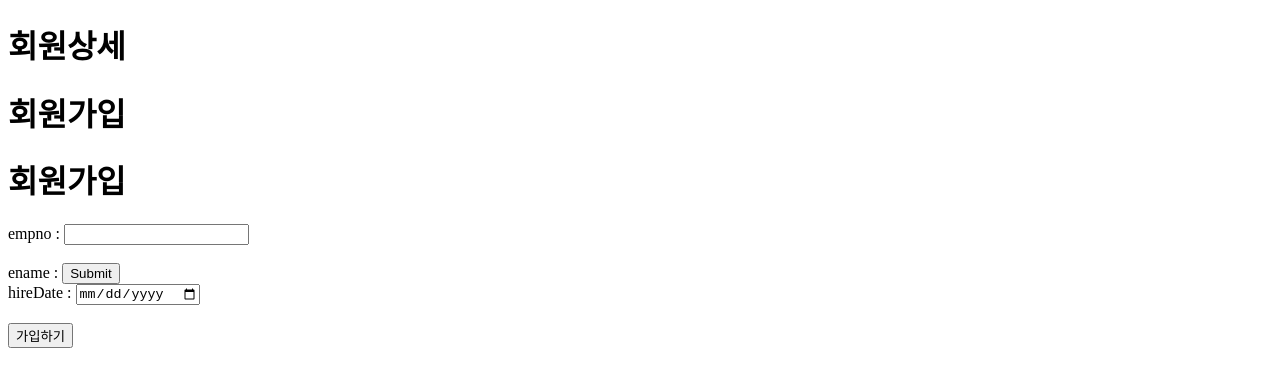
Repository: polikiki/Connor-s-team-projectt
Page: http://localhost/proj6_myBatis/emp0?cmd=join
These files come from the project's save history. The page is drawn as it stood at one moment and after a run of saves; the edit follows.
The browser window is 1280 px wide. The pictures show the whole page.
The page is served by Tomcat 9. Other server files are loaded and not shown.

Above is the page before, as saved 2024-09-20 01:13:04.

### workspace_java/proj6_myBatis/src/main/webapp/WEB-INF/views/empjoin.jsp
<%@ page language="java" contentType="text/html; charset=UTF-8"
    pageEncoding="UTF-8"%>
<!DOCTYPE html>
<html>
<head>
<meta charset="UTF-8">
<title>Insert title here</title>
</head>
<body>
<%-- <c:if test="${cmd == "detail"}"> --%>
<!-- <h1>회원상세</h1> -->
<!-- </c:if> -->

<c:choose>
	<c:when test='${cmd == "detail"}'>
		<h1>회원상세</h1>
	</c:when>
	<c:otherwise>
		<h1>회원가입</h1>
	</c:otherwise>
</c:choose>

<h1>회원가입</h1>

<form method="post" action="emp0">
	empno :
		<c:choose>
		<c:when test="${cmd == "detail"}">
			${empDTP.empno}
		</c:when>
		<c:otherwise>
			<input type="text" name="ename"><br>
		</c:otherwise>
	</c:choose>
	<br>
	ename :
		<c:choose>
		<c:when test="${cmd == "detail"}">
			${empDTP.ename}
		</c:when>
		<c:otherwise>
			<input type="submit" name="가입하기"><br>
		</c:otherwise>
</c:choose>
	hireDate : <input type="date" name="hireDate"><br>
	<br>
	<input type="submit" value="가입하기">
</form>
</body>
</html>

### workspace_java/proj6_myBatis/src/main/java/emp/crud/Emp0Servlet.java
package emp.crud;

import java.io.IOException;
import java.sql.Date;
import java.util.List;

import javax.servlet.ServletException;
import javax.servlet.annotation.WebServlet;
import javax.servlet.http.HttpServlet;
import javax.servlet.http.HttpServletRequest;
import javax.servlet.http.HttpServletResponse;

@WebServlet("/emp0")
public class Emp0Servlet extends HttpServlet {
	private static final long serialVersionUID = 1L;

	private boolean _DEBUG = true;

	protected void doGet(HttpServletRequest request, HttpServletResponse response) throws ServletException, IOException {

		String cmd = request.getParameter("cmd");
		EmpDAO empDAO = new EmpDAO();

		if(cmd == null) {

		List<EmpDTO> emplist = empDAO.selectEmp();

		request.setAttribute("emplist", emplist);

		request.getRequestDispatcher("/WEB-INF/views/emp.jsp").forward(request, response);
		}else if("join".equals(cmd)){

			request.getRequestDispatcher("/WEB-INF/views/empjoin.jsp").forward(request, response);
		}else if("edit".equals(cmd)) {

			// pk인 empno 확보
			String strEmpno = request.getParameter("empno");

			try {
				int empno = Integer.parseInt(strEmpno);

				// 특정 회원 정보 조회
				EmpDTO empDTO = empDAO.selectOneEmp(empno);
				// 정보를 request에 담아서
				request.setAttribute("empDTO", empDTO);
				request.setAttribute("cmd", "edit");
				// 상세 정보 페이지로 이동
				request.getRequestDispatcher("/WEB-INF/views/empjoin.jsp").forward(request, response);

			}catch (Exception e) {
				e.printStackTrace();
			}

		}

	}


	protected void doPost(HttpServletRequest request, HttpServletResponse response) throws ServletException, IOException {

		request.setCharacterEncoding("utf-8");
		response.setContentType("text/html; charset=utf-8;");

		String strEmpno = request.getParameter("empno");
		String ename = request.getParameter("ename");
		String strHireDate = request.getParameter("hireDate"); // 2024-09-19


		try {
			int empno = Integer.parseInt(strEmpno);

			EmpDTO empDTO = new EmpDTO();
			empDTO.setEmpno(empno);


			// delete 실행

			EmpDAO empDAO = new EmpDAO();
			int result = empDAO.DeleteEmp(empDTO);
			System.out.println("삭제 결과 :"+ result);

		}catch (Exception e) {
			if(_DEBUG) {
				e.printStackTrace();
			}
		}

		try {
			int empno = Integer.parseInt(strEmpno);
			Date hireDate = Date.valueOf(strHireDate);

			EmpDTO empDTO = new EmpDTO();
			empDTO.setEmpno(empno);
			empDTO.setEname(ename);
			empDTO.setHireDate(hireDate);

			// insert 실행

			EmpDAO empDAO = new EmpDAO();
			int result = empDAO.insertEmp(empDTO);
			System.out.println("회원 가입 결과 :"+ result);

		}catch (Exception e) {
			if(_DEBUG) {
				e.printStackTrace();
			}
		}
		response.sendRedirect("emp0");
	}


	protected void doDelete(HttpServletRequest request, HttpServletResponse response) throws ServletException, IOException {

	}

	protected void doPut(HttpServletRequest request, HttpServletResponse response) throws ServletException, IOException {



	}

}

### workspace_java/proj6_myBatis/src/main/java/emp/crud/EmpDAO.java
package emp.crud;

import java.io.Reader;
import java.util.List;
import java.util.Map;

import org.apache.ibatis.io.Resources;
import org.apache.ibatis.session.SqlSession;
import org.apache.ibatis.session.SqlSessionFactory;
import org.apache.ibatis.session.SqlSessionFactoryBuilder;

import emp.crud.EmpDTO;

public class EmpDAO {

	private  SqlSessionFactory sqlMapper = null;

    public  SqlSessionFactory getInstance() {
        if(sqlMapper == null) {
        	// DB 접속
        	// 자동 커밋 : sqlMapper.openSession()
        	// 수동 커밋 : sqlMapper.openSession(false)
            try {
                String res = "mybatis/SqlMapConfig.xml";
                Reader reader = Resources.getResourceAsReader(res);

                SqlSessionFactoryBuilder ssfb = new SqlSessionFactoryBuilder();
                sqlMapper = ssfb.build(reader);

                reader.close();
            }catch (Exception e) {
                e.printStackTrace();
            }
        }

        return sqlMapper;
    }

    public List<EmpDTO> selectEmp() {
    	List<EmpDTO> empList = null;

    	// SqlMapConfig.xml을 읽어옴
    	sqlMapper = getInstance();
    	if(sqlMapper != null) {

    		// DB 접속
        	SqlSession sqlSession = sqlMapper.openSession(true);

        	empList = sqlSession.selectList("mapper.emp.selectAllEmp");
        	System.out.println("empList.size :" + empList.size());
    	} else {
    		System.out.println("DB 접속 실패");
    	}

    	return empList;
    }



    public int insertEmp(EmpDTO empDTO) {
    	int result = -1;

    	// SqlMapConfig.xml을 읽어옴
    	sqlMapper = getInstance();
    	if(sqlMapper != null) {

    		// DB 접속
    		// 자동 커밋 : sqlMapper.openSession()
    		// 수동 커밋 : sqlMapper.openSession(false)
        	SqlSession sqlSession = sqlMapper.openSession(true);

        	try {
        		System.out.println(empDTO);
        		result = sqlSession.update("mapper.emp.param.insertEmp", empDTO);
        	}catch (Exception e) {
        		e.printStackTrace();
			}
    	} else {
    		System.out.println("DB 접속 실패");
    	}

    	return result;
    }

    public int DeleteEmp(EmpDTO empDTO) {
    	int result = -1;

    	// SqlMapConfig.xml을 읽어옴
    	sqlMapper = getInstance();
    	if(sqlMapper != null) {

    		// DB 접속
        	SqlSession sqlSession = sqlMapper.openSession(true);

        	try {
        		System.out.println(empDTO);
        		result = sqlSession.delete("mapper.emp.param.deleteEmp", empDTO);
        	}catch (Exception e) {
        		e.printStackTrace();
			}
    	} else {
    		System.out.println("DB 접속 실패");
    	}

    	return result;
    }

    public EmpDTO selectOneEmp(int empno) {
    	EmpDTO empDTO = null;

    	// SqlMapConfig.xml을 읽어옴
    	sqlMapper = getInstance();
    	if(sqlMapper != null) {

    		// DB 접속
        	SqlSession sqlSession = sqlMapper.openSession();

        	try {
        		empDTO = sqlSession.selectOne("mapper.emp.param.selectOneEmp");
        	}catch (Exception e) {
        		e.printStackTrace();
			}
    	} else {
    		System.out.println("DB 접속 실패");
    	}

    	return empDTO;
    }

}

After the next 3 saves:
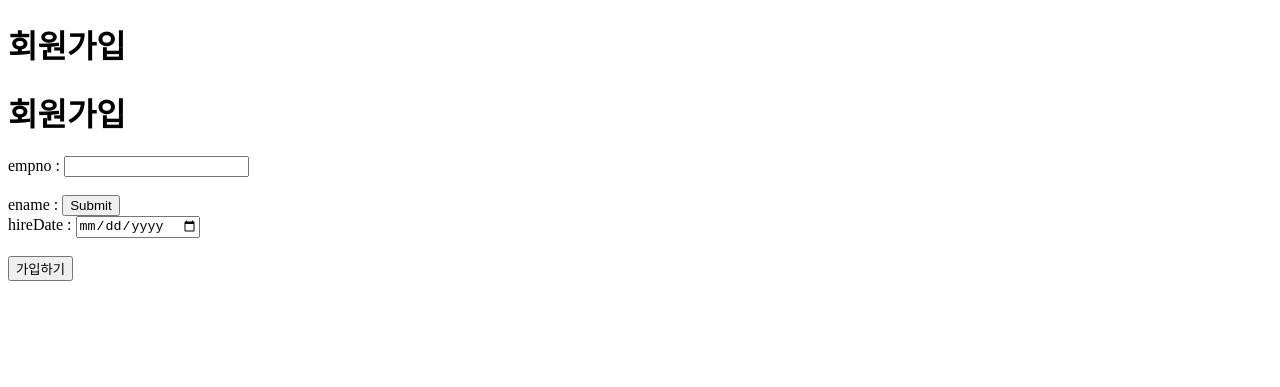
The 3 saves are shown as one change because 2 did not build or start.
The last was saved 4 min 9 s later.
--- a/workspace_java/proj6_myBatis/src/main/webapp/WEB-INF/views/empjoin.jsp
+++ b/workspace_java/proj6_myBatis/src/main/webapp/WEB-INF/views/empjoin.jsp
@@ -1,5 +1,10 @@
 <%@ page language="java" contentType="text/html; charset=UTF-8"
     pageEncoding="UTF-8"%>
+ <%@ taglib prefix="c" uri="http://java.sun.com/jsp/jstl/core" %>
+<%@ taglib prefix="fmt" uri="http://java.sun.com/jsp/jstl/fmt" %>
+<%@ taglib prefix="fn" uri="http://java.sun.com/jsp/jstl/functions" %>
+
+
 <!DOCTYPE html>
 <html>
 <head>
@@ -9,7 +14,7 @@
 <body>
 <%-- <c:if test="${cmd == "detail"}"> --%>
 <!-- <h1>회원상세</h1> -->
-<!-- </c:if> -->
+<%-- </c:if> --%>
 
 <c:choose>
 	<c:when test='${cmd == "detail"}'>
@@ -25,7 +30,7 @@
 <form method="post" action="emp0">
 	empno :
 		<c:choose>
-		<c:when test="${cmd == "detail"}">
+		<c:when test='${cmd == "detail"}'>
 			${empDTP.empno}
 		</c:when>
 		<c:otherwise>
@@ -35,7 +40,7 @@
 	<br>
 	ename :
 		<c:choose>
-		<c:when test="${cmd == "detail"}">
+		<c:when test='${cmd == "detail"}'>
 			${empDTP.ename}
 		</c:when>
 		<c:otherwise>
